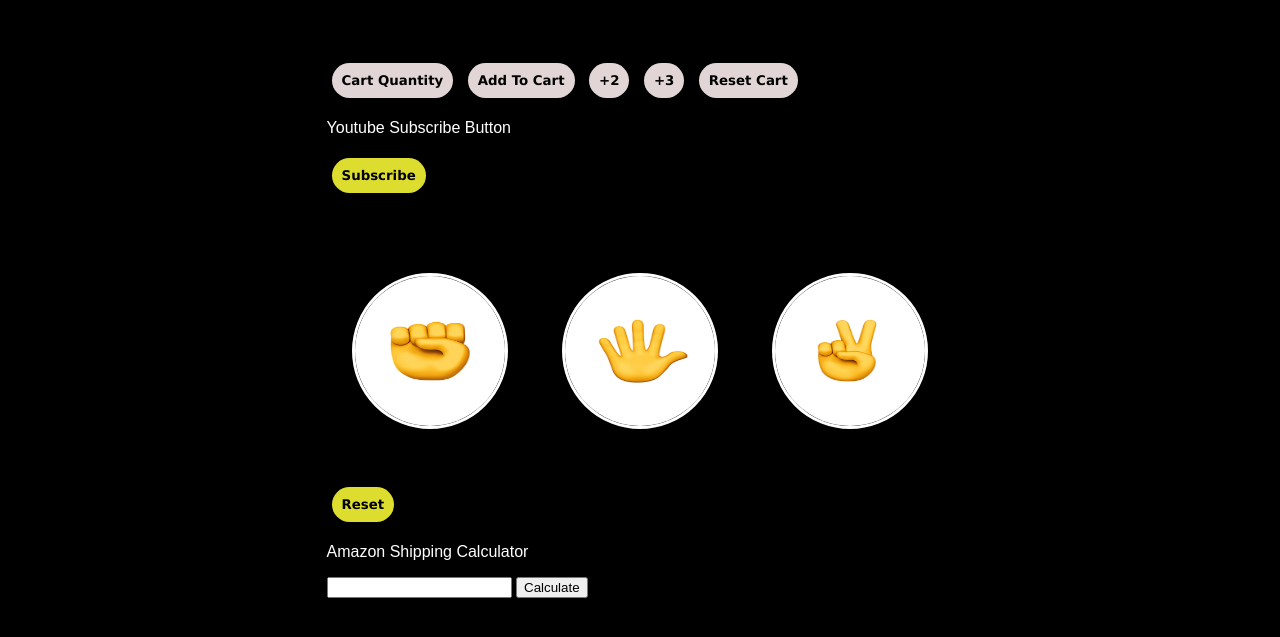
Repository: EguJaredoBoyd/Jared-Learning-Projects
Page: javascript-tutorial.html
The author's editor kept a copy of each file at every save. The page is drawn from the files as they stood at one save, then again after the next save.
The browser window is 1280 px wide. The pictures show the whole page.

Above is the page before, as saved 2025-07-06 23:59:51.

After the next save:
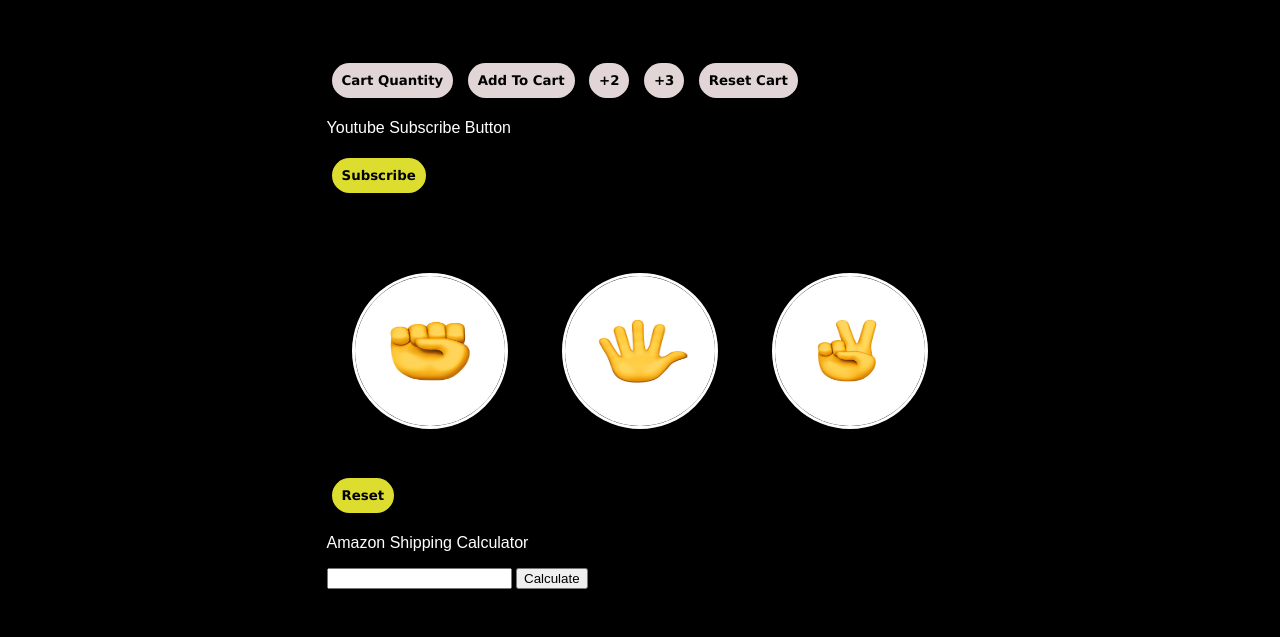
Saved 2 min 21 s later.
--- a/javascript-tutorial.css
+++ b/javascript-tutorial.css
@@ -58,7 +58,6 @@ p{
 }
 .win-paragraph, .score-paragraph{
     font-weight: bolder;
-    font-size: 25px;
     font-style: italic;
 
 }
